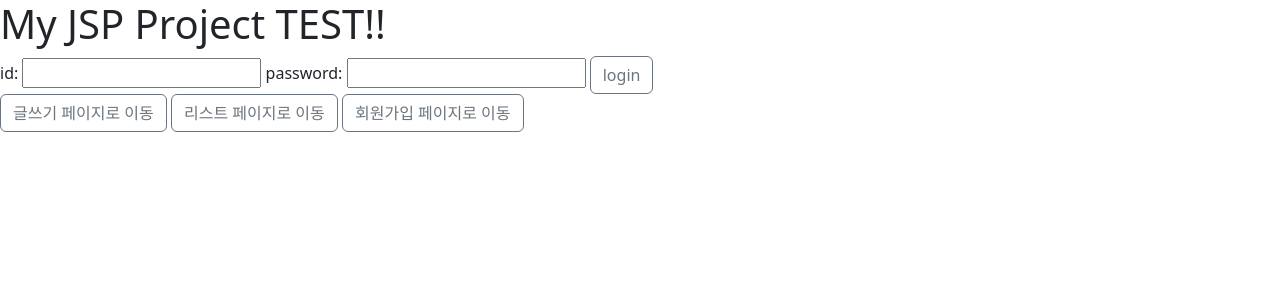
Repository: dlfhrrl12/jsptest
Page: http://localhost/jsp_study2/
The author's editor kept a copy of each file at every save. The page is drawn from the files as they stood at one save, then again after the next save.
The browser window is 1280 px wide. The pictures show the whole page.
The page is served by Tomcat 9. The template is opened directly, without the code that normally fills it, so the values that code supplies are empty.

Above is the page before, as saved 2024-04-17 06:11:18.

After the next save:
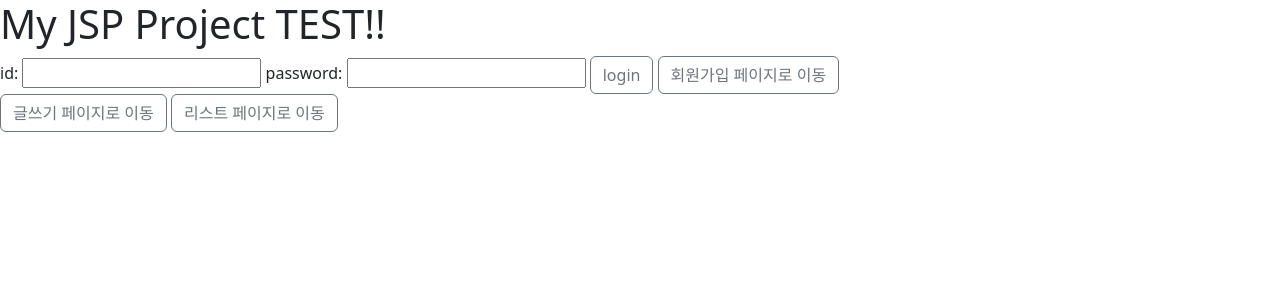
Saved 2 min 6 s later.
--- a/jsp_study2/src/main/webapp/index.jsp
+++ b/jsp_study2/src/main/webapp/index.jsp
@@ -20,6 +20,7 @@
 	 	id: <input type="text" name="id">
 	 	password: <input type="password" name="pwd">
 	 	<button type="submit" class="btn btn-outline-secondary">login</button>
+	<a href="/memb/join"> <button type="button" class="btn btn-outline-secondary">회원가입 페이지로 이동 </button></a>
 	 </form>
 	 </c:if>
 	 <div>
@@ -35,7 +36,6 @@
 
 	<a href="/brd/register"> <button type="button" class="btn btn-outline-secondary"> 글쓰기 페이지로 이동</button></a>
 	<a href="/brd/list"> <button type="button" class="btn btn-outline-secondary">리스트 페이지로 이동 </button></a>
-	<a href="/memb/join"> <button type="button" class="btn btn-outline-secondary">회원가입 페이지로 이동 </button></a>
 
 <script type="text/javascript">
 	const msg_login = `<c:out value="${msg_login}"></c:out>`;
